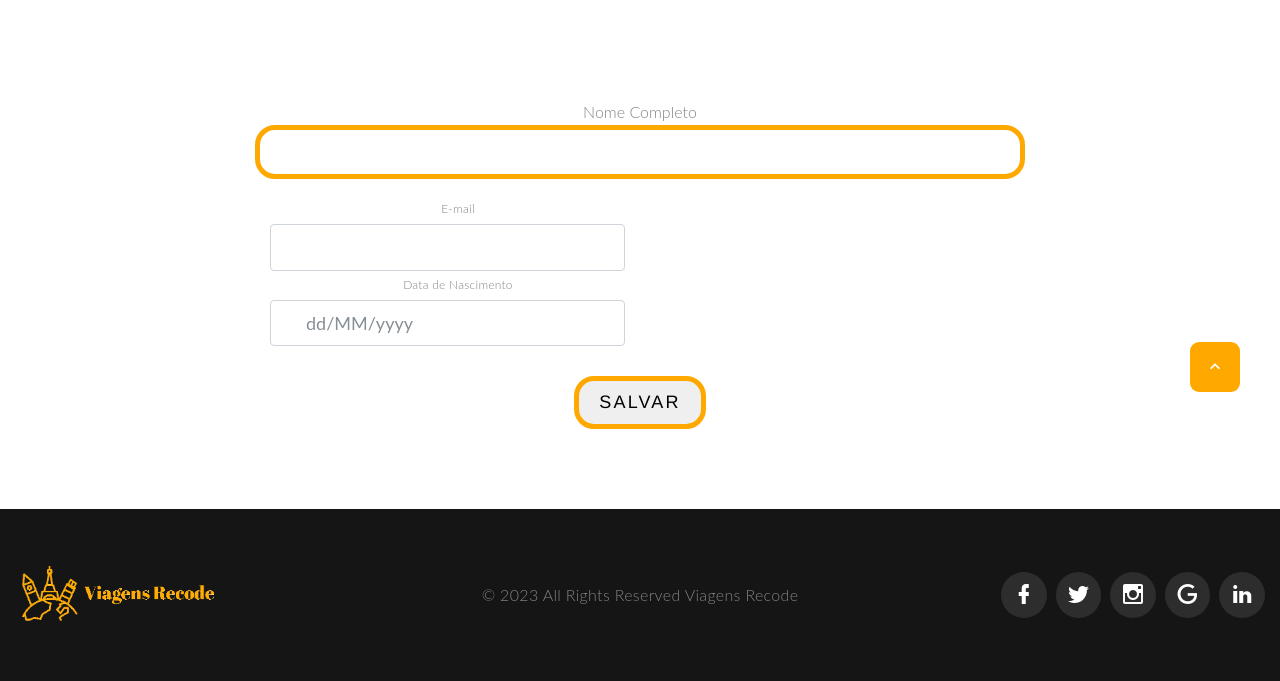
Repository: LiraS23/RecodePro2023-Modulo-4
Page: http://localhost/Modulo4/editarCliente.jsp
An editor plug-in stored every save of this project. The page is shown before and after the next save, followed by the edit.
The browser window is 1280 px wide. The pictures show the part of the page from y = 388 to 1164 px (the page is 1069 px tall before and 1164 px after).
Some web fonts or font styles are not loaded; a fallback is used. The page is served by Tomcat 10. Other server files are loaded and not shown.

Above is the page before, as saved 2023-11-02 17:46:31.

### java/Modulo4/src/main/webapp/editarCliente.jsp
<%@ page language="java" contentType="text/html; charset=UTF-8"
	pageEncoding="UTF-8"%>
<!DOCTYPE html>
<html lang="pt-br">
<head>
<meta charset="UTF-8">
<meta name="viewport"
	content="width=device-width, height=device-height, initial-scale=1.0">
<meta http-equiv="X-UA-Compatible" content="IE=edge">
<title>Editar Cliente</title>

<link rel="icon" href="assets/images/favicon.ico" type="image/x-icon">
<link rel="stylesheet" type="text/css"
	href="assets/fonts.googleapis.com/css?family=Oswald:200,400%7CLato:300,400,300italic,700%7CMontserrat:900">
<link rel="stylesheet" href="assets/css/bootstrap.css">
<link rel="stylesheet" href="assets/css/style.css">
<link rel="stylesheet" href="assets/css/fonts.css">
</head>
<body>
	<div class="page">
		<header
			class="section page-header breadcrumbs-custom-wrap bg-gradient bg-secondary-2 novi-background bg-cover">
			<!-- RD Navbar-->
			<div class="rd-navbar-wrap rd-navbar-default">
				<nav class="rd-navbar" data-layout="rd-navbar-fixed"
					data-sm-layout="rd-navbar-fixed" data-md-layout="rd-navbar-fixed"
					data-md-device-layout="rd-navbar-fixed"
					data-lg-layout="rd-navbar-fullwidth"
					data-xl-layout="rd-navbar-static"
					data-lg-device-layout="rd-navbar-fixed"
					data-xl-device-layout="rd-navbar-static"
					data-md-stick-up-offset="2px" data-lg-stick-up-offset="2px"
					data-stick-up="true" data-sm-stick-up="true"
					data-md-stick-up="true" data-lg-stick-up="true"
					data-xl-stick-up="true">
					<div class="rd-navbar-inner">
						<!-- RD Navbar Panel-->
						<div class="rd-navbar-panel">
							<!-- RD Navbar Toggle-->
							<button class="rd-navbar-toggle"
								data-rd-navbar-toggle=".rd-navbar-nav-wrap">
								<span></span>
							</button>
							<!-- RD Navbar Brand-->
							<div class="rd-navbar-brand">
								<a class="brand-name" href="index.html"><img
									class="logo-default"
									src="assets/images/logo-default-208x46.png" alt="" width="208"
									height="46" /><img class="logo-inverse"
									src="assets/images/logo-inverse-208x46.png" alt="" width="208"
									height="46" /></a>
							</div>
						</div>
						<div class="rd-navbar-aside-right">
							<div class="rd-navbar-nav-wrap">
								<!-- RD Navbar Nav-->
								<ul class="rd-navbar-nav">
									<li><a href="index.html">Home</a></li>
									<li><a href="destinos.jsp">Destinos</a></li>
									<li><a href="promocoes.html">Promoções</a></li>
									<li><a href="contato.html">Contato</a></li>
									<li class="active"><a href="cliente.jsp">Cliente</a></li>
								</ul>
							</div>
						</div>
						<div class="rd-navbar-aside-right">
							<a class="button button-sm button-secondary button-nina"
								href="pedidos.html">Reserve um passeio agora</a>
						</div>
					</div>
				</nav>
			</div>
			<!-- Breadcrumbs-->
			<section class="breadcrumbs-custom"
				style="background: url(&quot;https://travelplustur.com.br/wp-content/uploads/2022/04/travelplus-tur-22.jpg&quot;); background-size: cover;">
				<div class="container">
					<p class="breadcrumbs-custom-subtitle">Edite seu</p>
					<p class="heading-1 breadcrumbs-custom-title">Cadastro</p>
				</div>
			</section>

		</header>

		<!-- Cadastro-->
		<section class="section section-lg bg-default text-center">
			<div class="container">
				<div class="row justify-content-center">
					<div class="col-md-8">
						<!--form-->
						<form id="editForm" data-form-output="form-output-global"
							data-form-type="edicao" method="post"
							action="/Modulo4/ClienteController">
							<input type="hidden" name="action" value="atualizar"> <input
								type="hidden" id="cpf" name="cpf" value="">
							<div class="form-group">
								<label for="edit_nome">Nome Completo</label> <input type="text"
									class="form-control" id="edit_nome" name="nome"
									placeholder="" data-constraints="@Email @Required"
									style="border: 5px solid #FFA900; border-radius: 20px;">
							</div>
							<div class="col-md-6">
								<div class="form-wrap form-wrap-validation">
									<label class="form-label-outside" for="email">E-mail</label> <input
										class="form-control" id="email" type="email" name="email"
										data-constraints="@Email @Required" />
								</div>
							</div>
							<div class="col-md-6">
								<div class="form-wrap form-wrap-validation">
									<label class="form-label-outside" for="dataNasc">Data
										de Nascimento</label><input class="form-control" id="dataNasc"
										type="text" name="dataNasc" placeholder="dd/MM/yyyy"
										data-constraints="@Numeric @Required" />
								</div>
							</div>
							<div class="col-sm-12 offset-custom-1">
								<div class="form-button">
									<button class="btn btn-secondary"
										style="border: 5px solid #FFA900; border-radius: 20px;"
										type="button" onclick="atualizarCliente()">Salvar</button>
								</div>
							</div>
						</form>
					</div>
				</div>
			</div>
		</section>
		<!-- Footer Minimal-->
		<footer
			class="section page-footer page-footer-minimal novi-background bg-cover text-center bg-gray-darker">
			<div class="container container-wide">
				<div
					class="row row-fix justify-content-sm-center align-items-md-center row-30">
					<div class="col-md-10 col-lg-7 col-xl-4 text-xl-left">
						<a href="index.html"><img class="inverse-logo"
							src="assets/images/logo-inverse-208x46.png" alt="" width="208"
							height="46" /></a>
					</div>
					<div class="col-md-10 col-lg-7 col-xl-4">
						<p class="right">
							&#169;&nbsp;<span class="copyright-year"></span> All Rights
							Reserved Viagens Recode
						</p>
					</div>
					<div class="col-md-10 col-lg-7 col-xl-4 text-xl-right">
						<ul class="group-xs group-middle">
							<li><a
								class="icon novi-icon icon-md-middle icon-circle icon-secondary-5-filled mdi mdi-facebook"
								href="#"></a></li>
							<li><a
								class="icon novi-icon icon-md-middle icon-circle icon-secondary-5-filled mdi mdi-twitter"
								href="#"></a></li>
							<li><a
								class="icon novi-icon icon-md-middle icon-circle icon-secondary-5-filled mdi mdi-instagram"
								href="#"></a></li>
							<li><a
								class="icon novi-icon icon-md-middle icon-circle icon-secondary-5-filled mdi mdi-google"
								href="#"></a></li>
							<li><a
								class="icon novi-icon icon-md-middle icon-circle icon-secondary-5-filled mdi mdi-linkedin"
								href="#"></a></li>
						</ul>
					</div>
				</div>
			</div>
		</footer>
	</div>

	<!-- Global Mailform Output-->
	<div class="snackbars" id="form-output-global"></div>
	<!-- Javascript-->
	<script src="assets/js/core.min.js"></script>
	<script src="assets/js/script.js"></script>
	<script>
		function atualizarCliente() {
			// Obtenha o valor do CPF da URL
			var urlParams = new URLSearchParams(window.location.search);
			var cpf = urlParams.get("cpf");

			// Obtenha os valores dos campos de nome, email e dataNasc
			var nome = $("#nome").val();
			var dataNasc = $("#dataNasc").val();
			var email = $("#email").val();

			// Realize a validação dos campos, se necessário

			// Faça uma solicitação AJAX para o servidor para atualizar o cliente
			$.ajax({
				type : "POST",
				url : "/Modulo4/ClienteController", // A URL deve apontar para o seu servlet
				data : {
					action : "atualizar",
					cpf : cpf,
					nome : nome,
					dataNasc : dataNasc,
					email : email
				// Adicione o campo de email aqui
				},
				success : function(response) {
					alert(response); // Exiba uma mensagem de sucesso ou erro
				},
				error : function() {
					alert('Erro ao atualizar o cliente.');
				}
			});
		}
	</script>


</body>
</html>

Loaded but not shown: java/Modulo4/src/main/webapp/assets/css/bootstrap.css (library); java/Modulo4/src/main/webapp/assets/css/style.css (library); java/Modulo4/src/main/webapp/assets/css/fonts.css (library); java/Modulo4/src/main/webapp/assets/js/core.min.js (library); java/Modulo4/src/main/webapp/assets/js/script.js (1496 lines, source omitted)

After the next save:
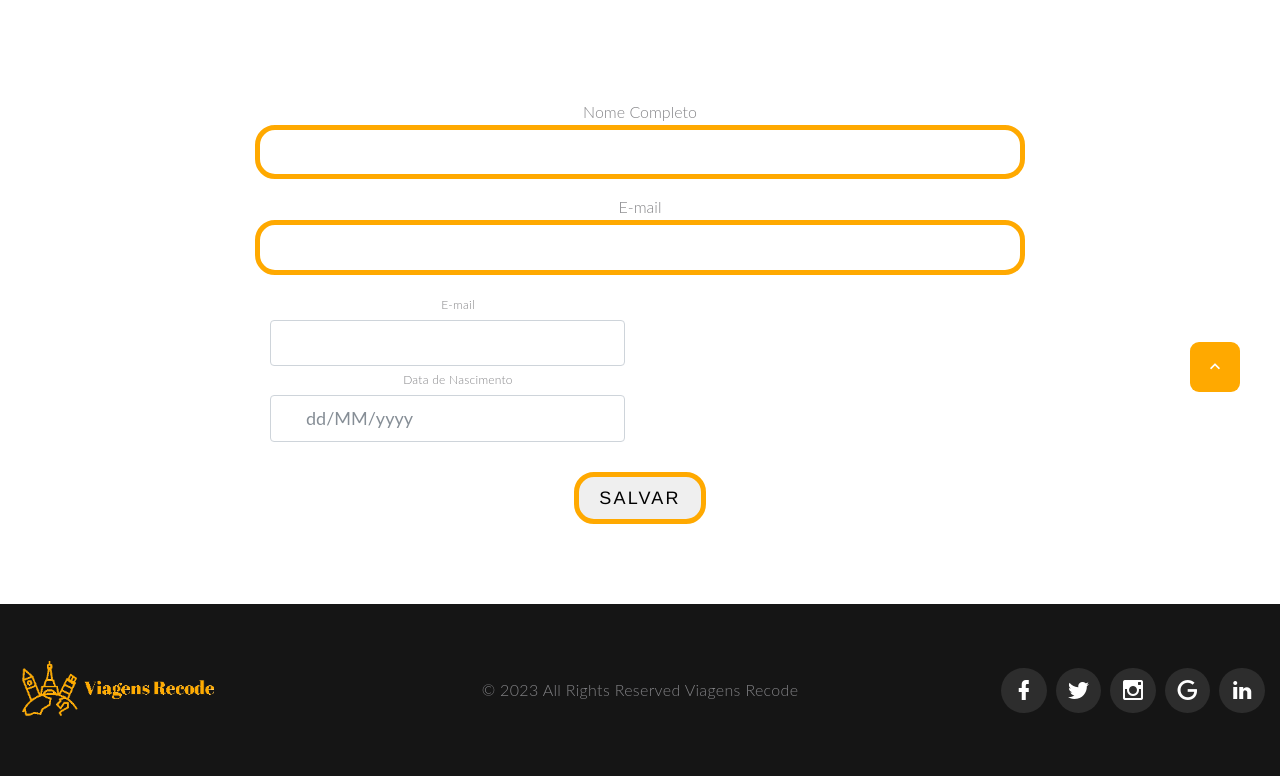
Saved 32 s later.
--- a/java/Modulo4/src/main/webapp/editarCliente.jsp
+++ b/java/Modulo4/src/main/webapp/editarCliente.jsp
@@ -98,6 +98,12 @@
 									placeholder="" data-constraints="@Email @Required"
 									style="border: 5px solid #FFA900; border-radius: 20px;">
 							</div>
+							<div class="form-group">
+								<label for="edit_email">E-mail</label> <input type="text"
+									class="form-control" id="edit_nome" name="nome"
+									placeholder="" data-constraints="@Email @Required"
+									style="border: 5px solid #FFA900; border-radius: 20px;">
+							</div>
 							<div class="col-md-6">
 								<div class="form-wrap form-wrap-validation">
 									<label class="form-label-outside" for="email">E-mail</label> <input
